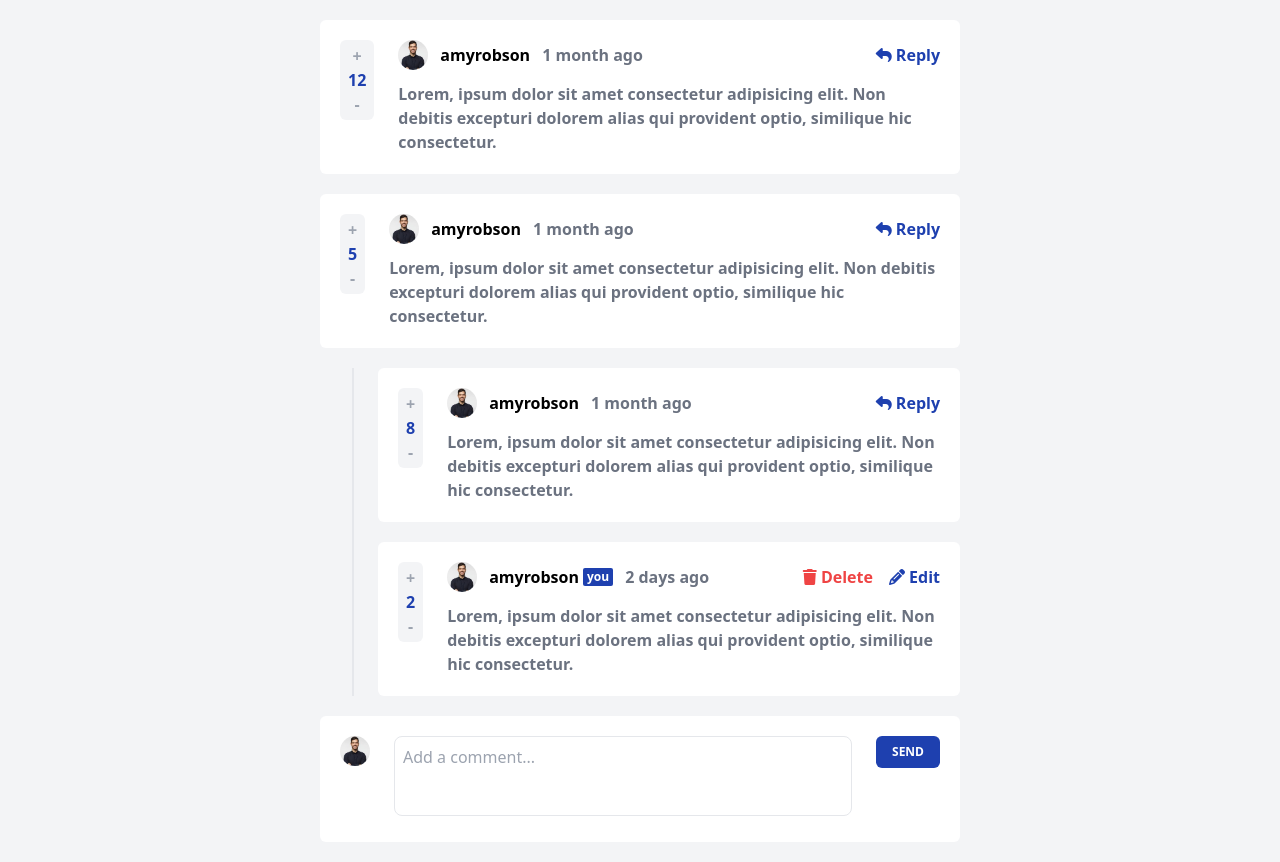
Repository: SmanSayeed/tailwind-work
Page: index.html
These files come from the project's save history. The page is drawn as it stood at one moment and after the next save; the edit follows.
The browser window is 1280 px wide. The pictures show the whole page.
Some web libraries are served in a nearby version.

Above is the page before, as saved 2024-03-15 16:03:32.

After the next save:
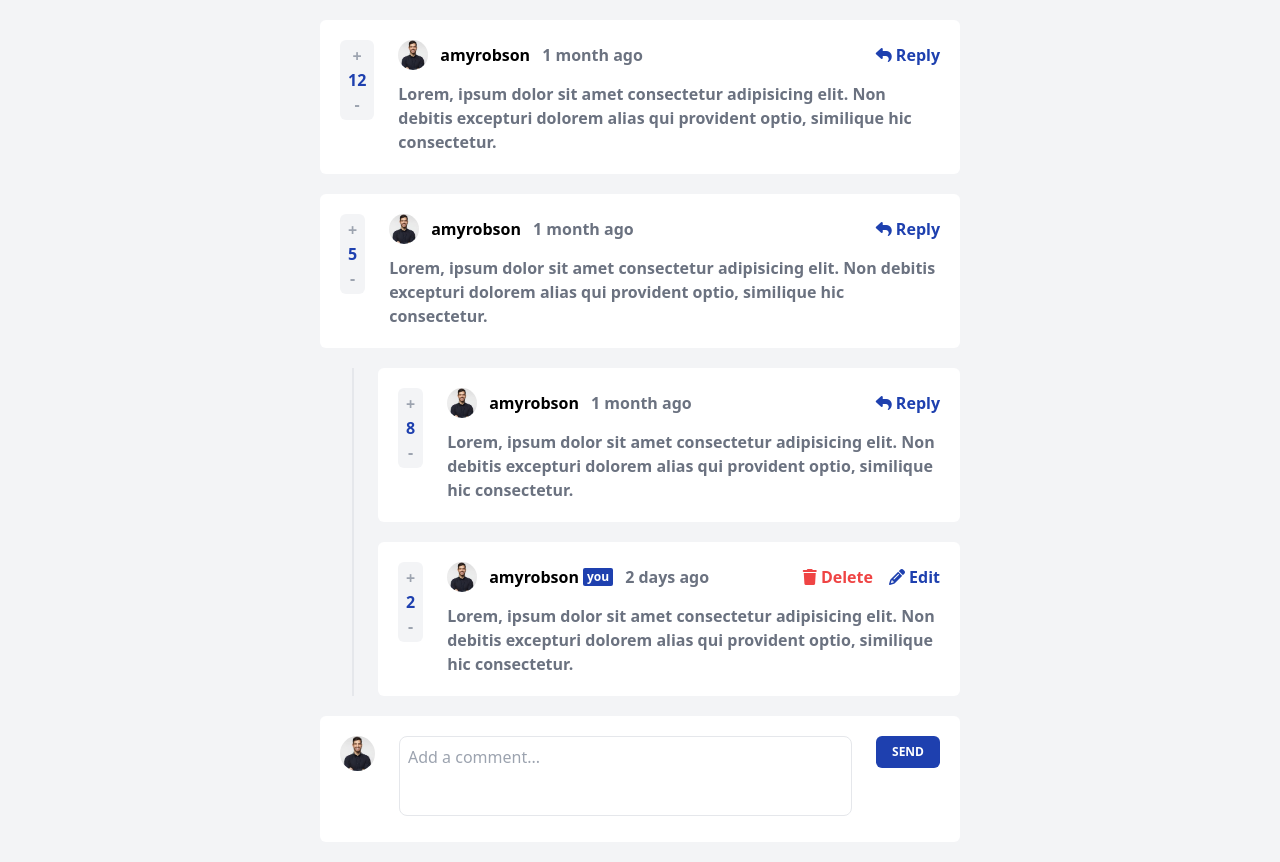
Saved 2 min 20 s later.
--- a/index.html
+++ b/index.html
@@ -210,7 +210,7 @@
         <img
           src="image.jpeg"
           alt="image"
-          class="h-[30px] w-[30px] rounded-full"
+          class="h-[35px] w-[35px] rounded-full"
         />
         <div class="relative flex-grow">
           <textarea
